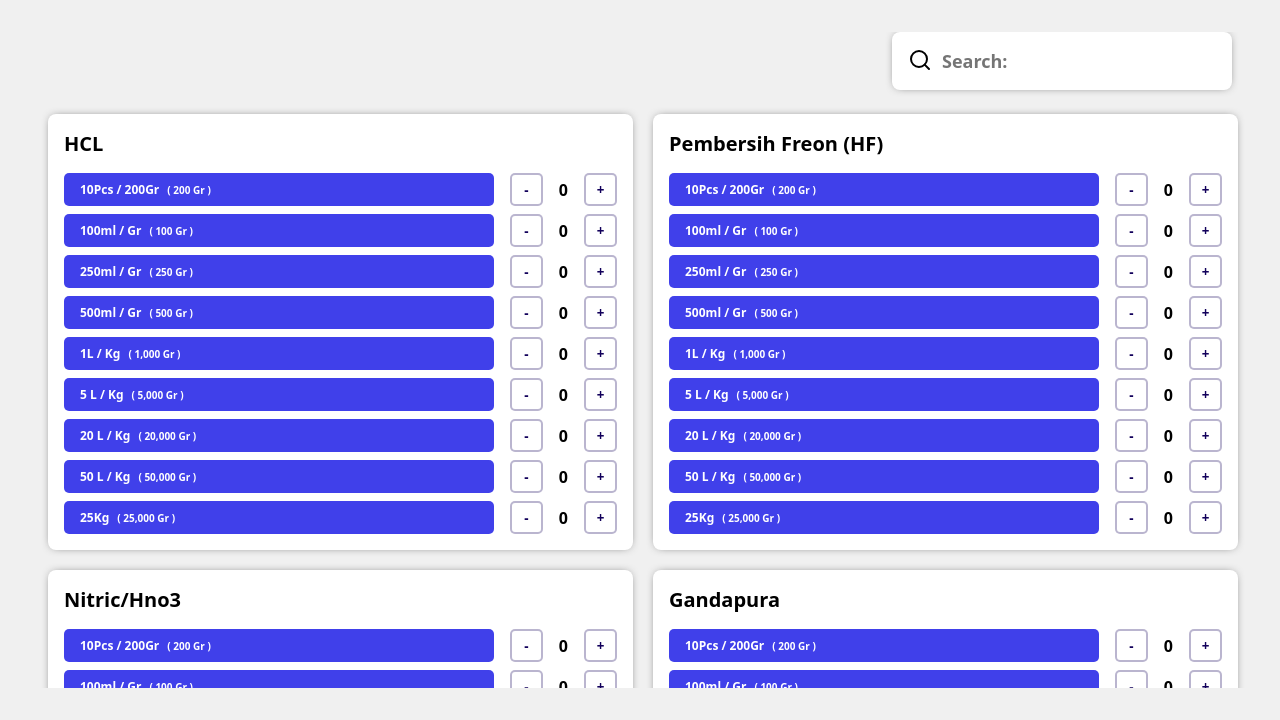
Repository: zuraniumlab-design/upstock-amsk
Page: /
The author's editor kept a copy of each file at every save. The page is drawn from the files as they stood at one save, then again after the next save.
The browser window is 1280 px wide. The pictures show the whole page.
An inner scrolling area shows only its first screen. The project was rebuilt for these pictures with package versions that can differ from the ones it lists, and the page was loaded fresh each time. Also part of the build but not shown: vite.config.js.

Above is the page before, as saved 2026-06-18 17:28:40.

After the next save:
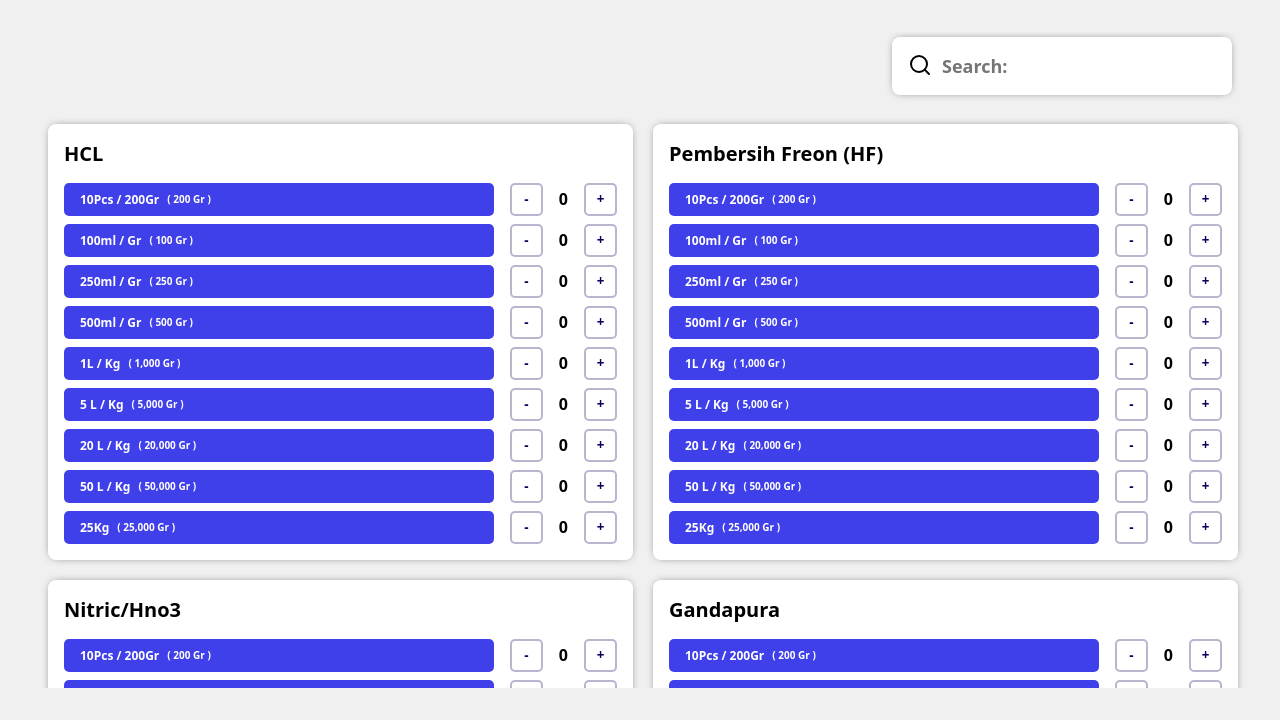
Saved 24 s later.
--- a/src/App.module.css
+++ b/src/App.module.css
@@ -23,7 +23,7 @@
 /*? HEAD START */
 .head {
   height: fit-content;
-  padding-inline: 1rem;
+  padding: 0.3rem 1rem;
   justify-content: end;
 }
 
